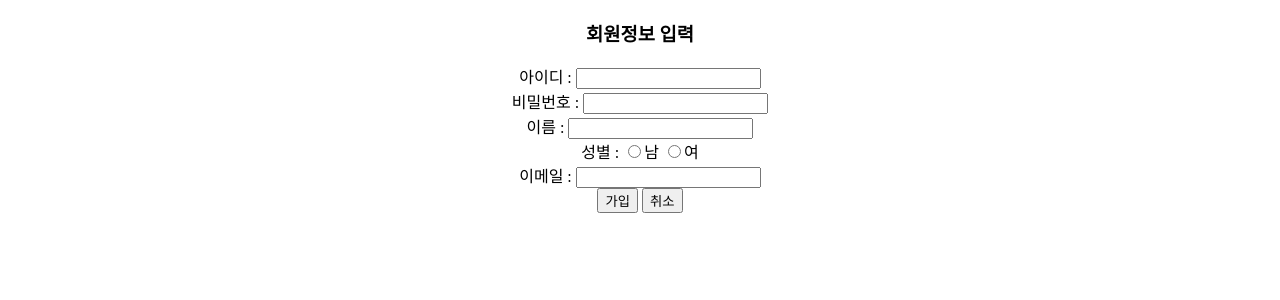
Repository: LTaeHoon/javajsp_ncs
Page: http://localhost/chap04_javaBean/join/joinInfo.jsp
An editor plug-in stored every save of this project. The page is shown before and after the next save, followed by the edit.
The browser window is 1280 px wide. The pictures show the whole page.
The page is served by Tomcat 9.

Above is the page before, as saved 2017-01-17 07:16:33.

After the next save:
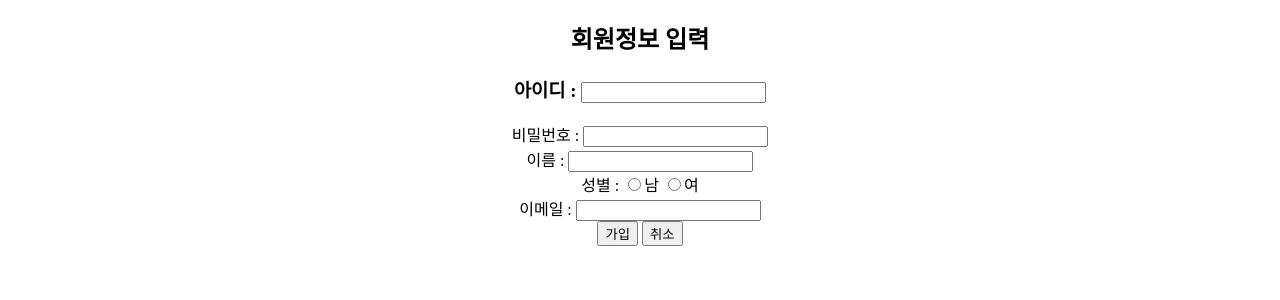
Saved 49 s later.
--- a/chap04_javaBean/WebContent/join/joinInfo.jsp
+++ b/chap04_javaBean/WebContent/join/joinInfo.jsp
@@ -8,9 +8,9 @@
 </head>
 <body>
 <div align ="center">
-	<h3> 회원정보 입력</h3>
+	<h2> 회원정보 입력</h3>
 	<form action="joinCheck.jsp" method="post">
-		아이디 : <input name="userId"/> <br>
+		<h3>아이디 : <input name="userId"/></h3>
 		비밀번호 : <input type="password" name="userPwd"/><br>
 		이름 : <input name="userName"/><br>
 		성별 : <input type="radio" name="gender" value="남">남
@@ -18,8 +18,6 @@
 	    이메일 : <input name="email"/><br>
 	    <input type="submit" value="가입"/>
 	    <input type="reset" value="취소"/>
-
-
 	</form>
 	</div>
 </body>
